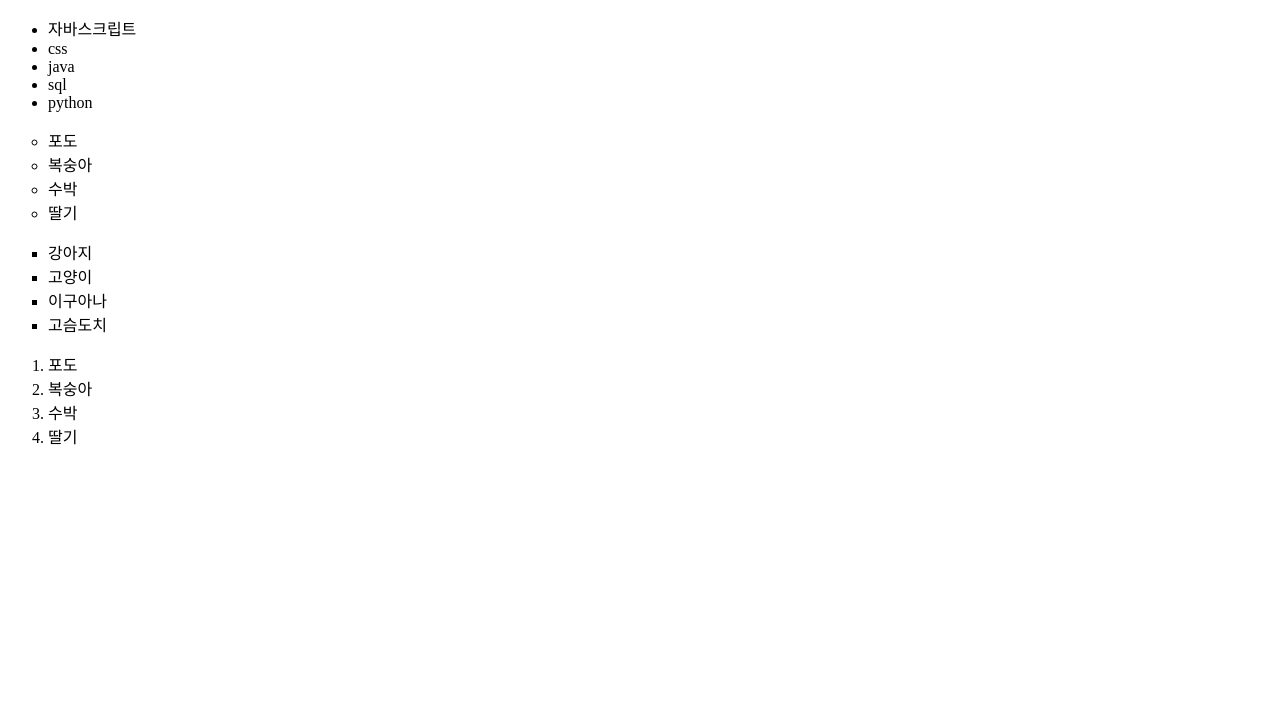
Repository: roditee/Frontend_ex
Page: HTML01/src/main/webapp/list.html
The author's editor kept a copy of each file at every save. The page is drawn from the files as they stood at one save, then again after the next save.
The browser window is 1280 px wide. The pictures show the whole page.

Above is the page before, as saved 2021-12-02 04:41:17.

After the next save:
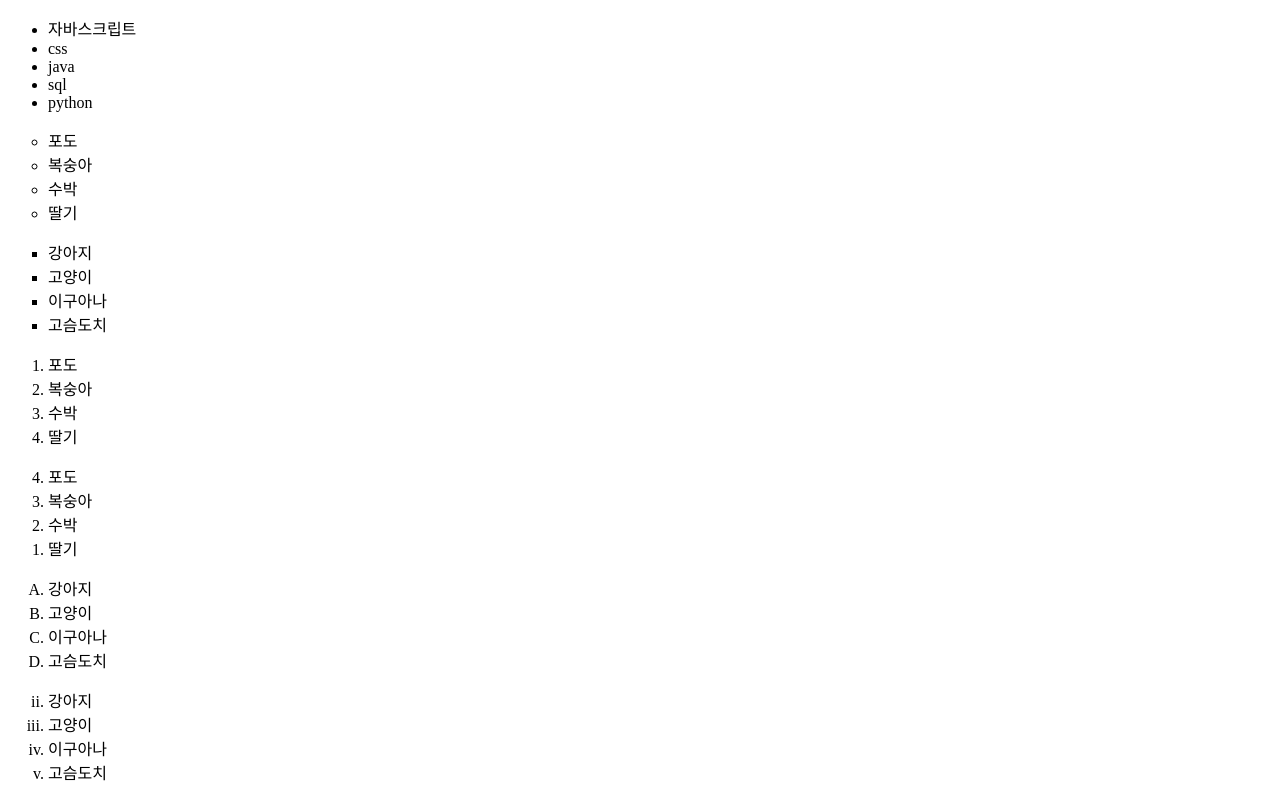
Saved 5 min 46 s later.
--- a/HTML01/src/main/webapp/list.html
+++ b/HTML01/src/main/webapp/list.html
@@ -29,11 +29,32 @@
 		</ul>
 
 		<!-- 순서가 있는 목록 -->
-		<ol>
+		<ol type="1">
 			<li>포도</li>
 			<li>복숭아</li>
 			<li>수박</li>
 			<li>딸기</li>
 		</ol>
+
+		<ol type="1"reversed>
+			<li>포도</li>
+			<li>복숭아</li>
+			<li>수박</li>
+			<li>딸기</li>
+		</ol>
+
+		<ol type="A">
+			<li>강아지</li>
+			<li>고양이</li>
+			<li>이구아나</li>
+			<li>고슴도치</li>
+		</ol>
+
+		<ol type="i" start="2">
+			<li>강아지</li>
+			<li>고양이</li>
+			<li>이구아나</li>
+			<li>고슴도치</li>
+		</ol>
 	</body>
 </html>
